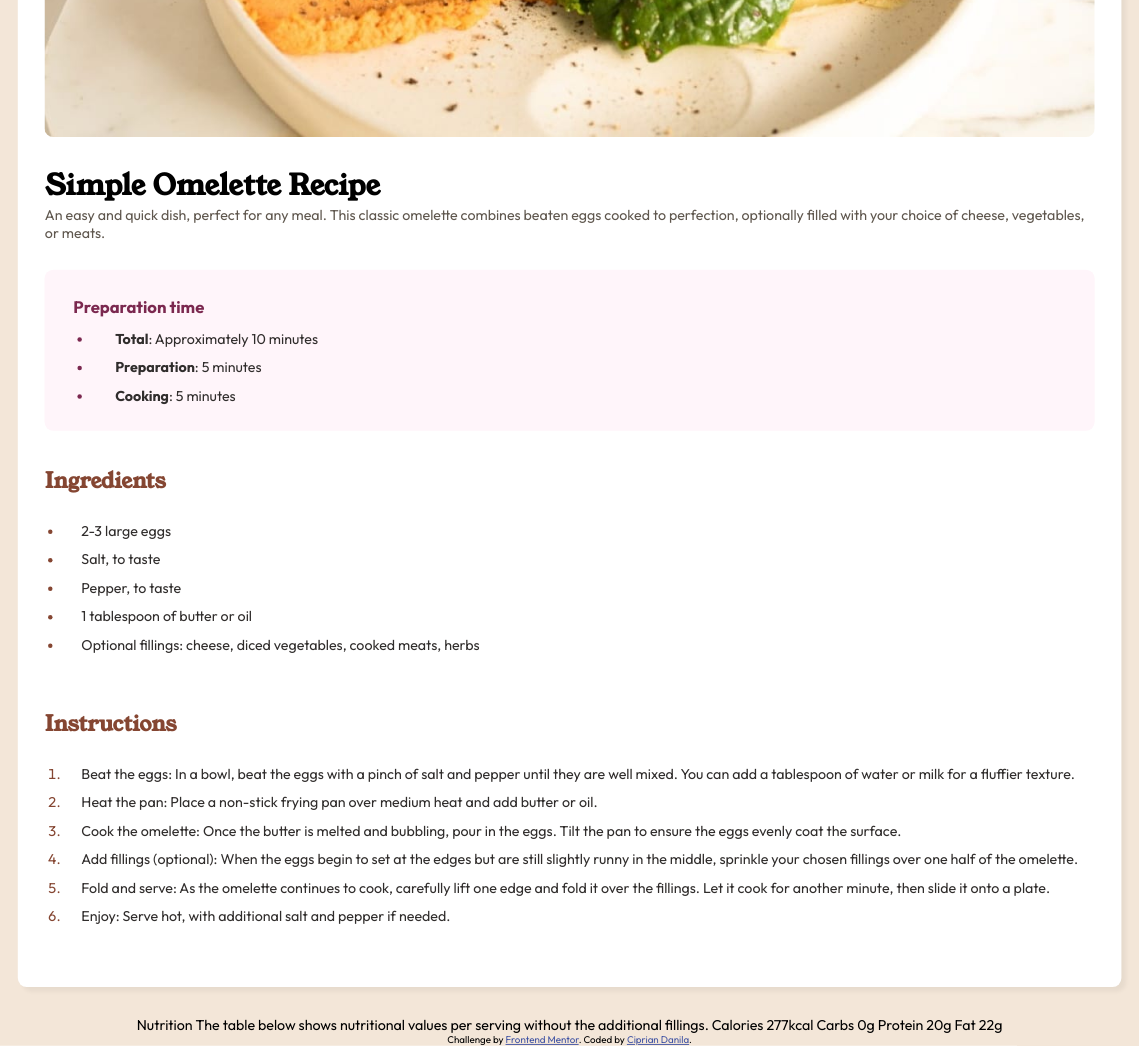
Repository: cipdanila/recipe-page
Page: index.html
The author's editor kept a copy of each file at every save. The page is drawn from the files as they stood at one save, then again after the next save.
The browser window is 1280 px wide. The pictures show the whole page, at 89% of full size.

Above is the page before, as saved 2024-01-21 20:18:27.

After the next save:
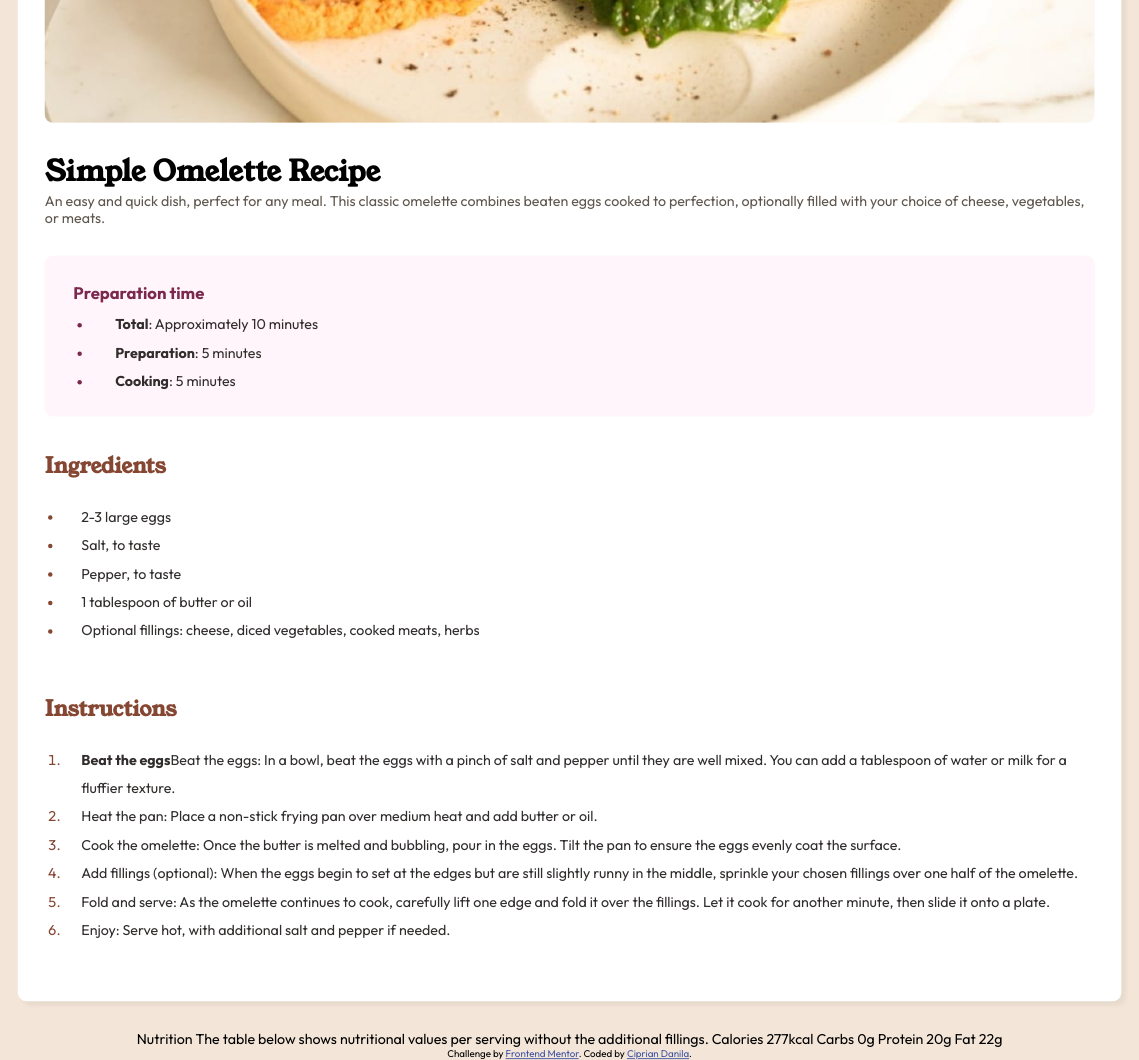
Saved 9 s later.
--- a/index.html
+++ b/index.html
@@ -43,7 +43,7 @@
       <div class="instructions-container">
         <h2>Instructions</h2>
         <ol>
-          <li><strong></strong>Beat the eggs: In a bowl, beat the eggs with a pinch of salt and pepper until they are well mixed.
+          <li><strong>Beat the eggs</strong>Beat the eggs: In a bowl, beat the eggs with a pinch of salt and pepper until they are well mixed.
             You can add a tablespoon of water or milk for a fluffier texture.</li>
           <li>Heat the pan: Place a non-stick frying pan over medium heat and add butter or oil.</li>
           <li>Cook the omelette: Once the butter is melted and bubbling, pour in the eggs. Tilt the pan to ensure

After the save that followed:
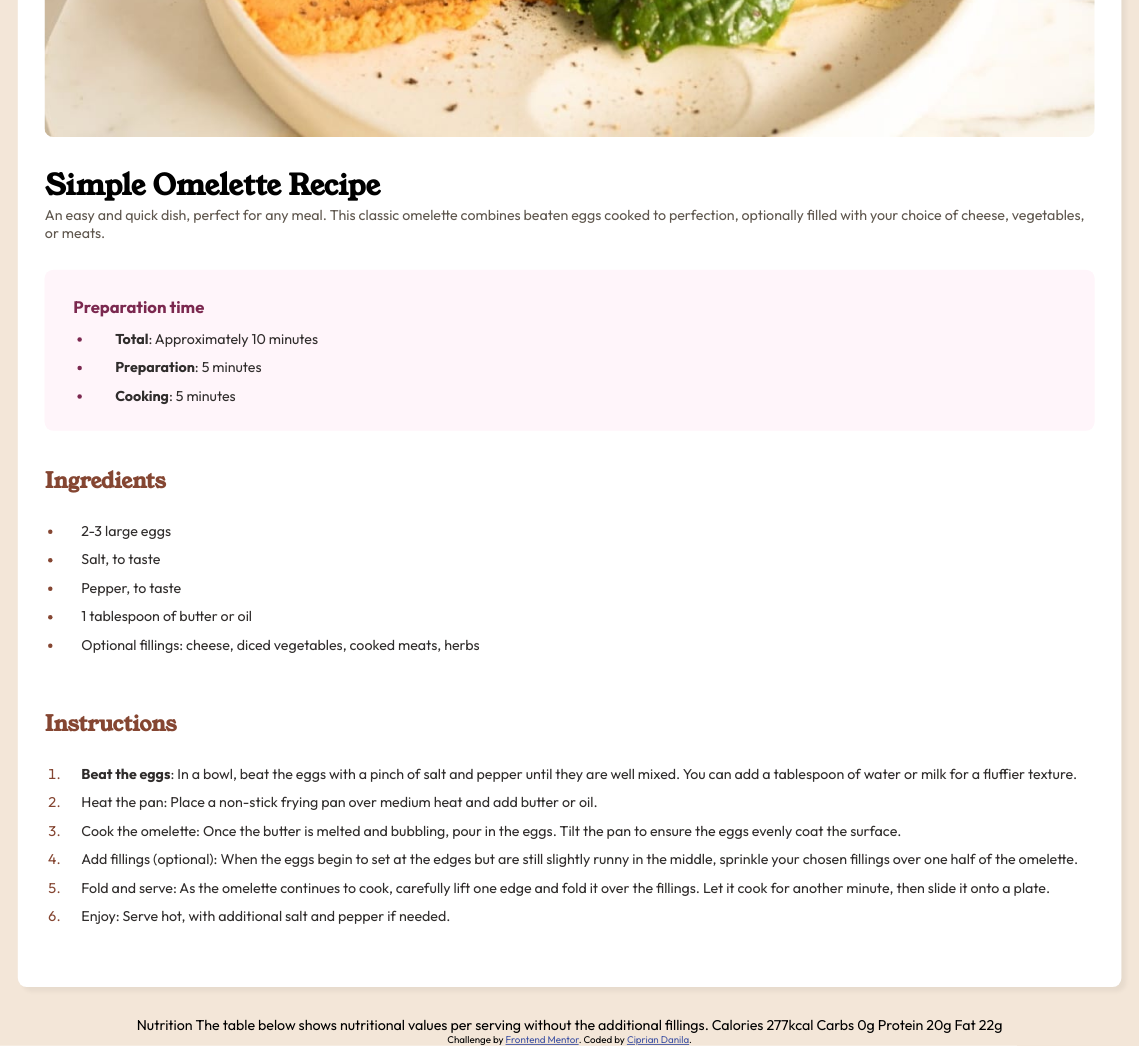
Saved 9 s later.
--- a/index.html
+++ b/index.html
@@ -43,7 +43,7 @@
       <div class="instructions-container">
         <h2>Instructions</h2>
         <ol>
-          <li><strong>Beat the eggs</strong>Beat the eggs: In a bowl, beat the eggs with a pinch of salt and pepper until they are well mixed.
+          <li><strong>Beat the eggs</strong>: In a bowl, beat the eggs with a pinch of salt and pepper until they are well mixed.
             You can add a tablespoon of water or milk for a fluffier texture.</li>
           <li>Heat the pan: Place a non-stick frying pan over medium heat and add butter or oil.</li>
           <li>Cook the omelette: Once the butter is melted and bubbling, pour in the eggs. Tilt the pan to ensure
